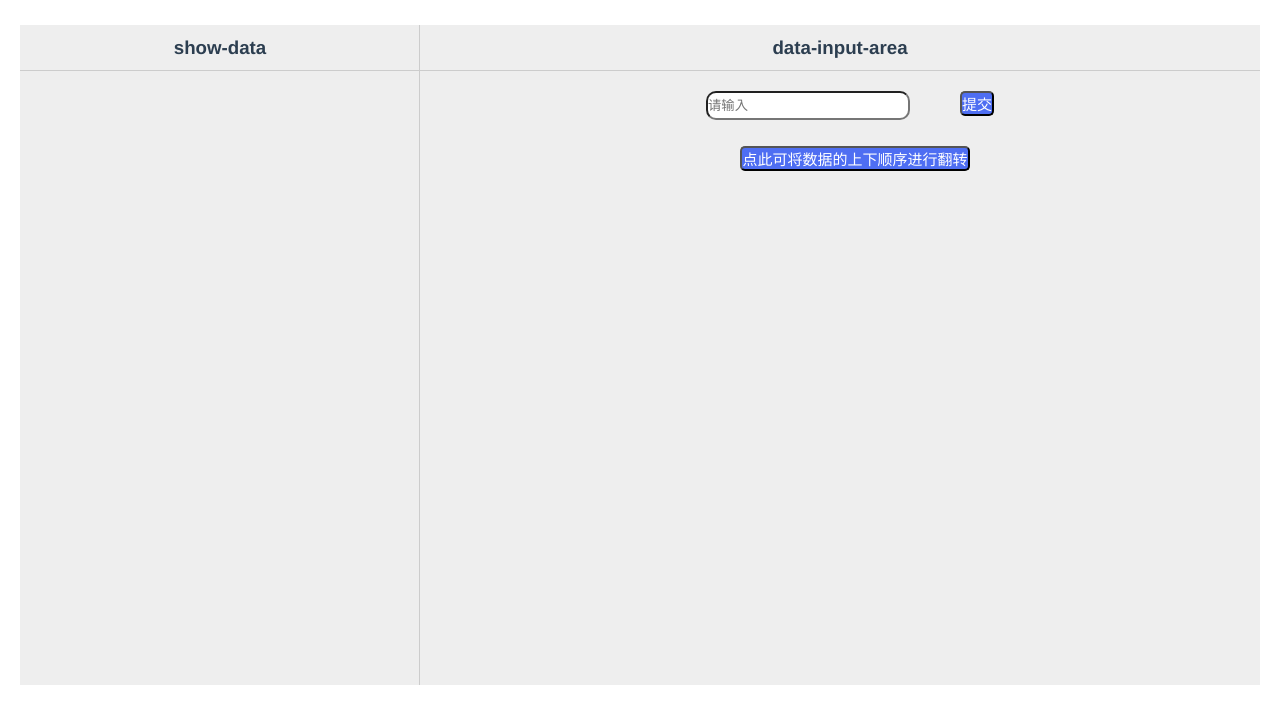
Repository: z-xy-git/demofirst
Page: /home/reverseShowData
These files come from the project's save history. The page is drawn as it stood at one moment and after the next save; the edit follows.
The browser window is 1280 px wide. The pictures show the whole page.
The project was rebuilt for these pictures with package versions that can differ from the ones it lists, and the page was loaded fresh each time.

Above is the page before, as saved 2021-03-01 15:15:32.

### src/App.vue
<template>
  <div id="app">
    <router-view/>
  </div>
</template>

<style>
#app {
  font-family: Avenir, Helvetica, Arial, sans-serif;
  -webkit-font-smoothing: antialiased;
  -moz-osx-font-smoothing: grayscale;
  text-align: center;
  color: #2c3e50;
}
body{
  background-color: #fff;
}
#nav {
  padding: 30px;
}

#nav a {
  font-weight: bold;
  color: #2c3e50;
}

#nav a.router-link-exact-active {
  color: #42b983;
}
</style>

### src/router/index.js
import Vue from 'vue'
import VueRouter from 'vue-router'
import Home from '../views/Home.vue'
import ShowData from '../views/ShowData.vue'
import ReverseShowData from '../views/ReverseShowData.vue'

Vue.use(VueRouter)

const originalPush = VueRouter.prototype.push;
VueRouter.prototype.push = function push(location) {
    return originalPush.call(this, location).catch(err => err)
}

const routes = [
  {
    path: '',
    redirect: '/home'
  },
  {
    path: '/home',
    name: 'Home',
    component: Home,
    children:[
      {
        path: 'showData',
        component: ShowData
      },
      {
        path: 'reverseShowData',
        component: ReverseShowData
      }
    ]
  },
  // {
    // path: '/showData',
    // name: 'ShowData',
    // route level code-splitting
    // this generates a separate chunk (about.[hash].js) for this route
    // which is lazy-loaded when the route is visited.
    // component: () => import(/* webpackChunkName: "about" */ '../views/ShowData.vue')
  // }
]

const router = new VueRouter({
  mode: 'history',
  base: process.env.BASE_URL,
  routes
})

export default router

### src/store/index.js
import Vue from 'vue'
import Vuex from 'vuex'
import getters from './getters'
import mutations from './mutation'

Vue.use(Vuex)

export default new Vuex.Store({
  state: {
    dataArr: []
  },
  getters,
  mutations,
  actions: {
  },
  modules: {
  }
})

### src/views/Home.vue
<template>
  <div class="home">
    <div class="left">
      <div class="left-top"><h3>show-data</h3></div>
    </div>
    <router-view/>
    <div class="right">
      <div class="right-title"><h3>data-input-area</h3></div>
      <div class="right-input">
        <input type="text" v-model="inputData"
          placeholder="请输入"
          class="input-style"
          onmouseover="this.select()">
        <button @click="btnclick" class="btn-style">提交</button>
      </div>
      <div class="right-reverse-btn">
        <button @click="reverseItemData" class="btn-style">点此可将数据的上下顺序进行翻转</button>
      </div>
    </div>
  </div>
</template>

<script>
// @ is an alias to /src

export default {
  name: 'Home',
  components: {
  },
  data(){
    return{
      inputData: '',
      isgoReverse: true
    }
  },
  methods:{
    btnclick() {
      this.$store.commit('addData',this.inputData);
      this.$router.push('/home/showData');
    },
    reverseItemData(){
      if(this.isgoReverse){
        this.$router.push('/home/reverseShowData');
        this.isgoReverse = false;
      }
      else{
        this.$router.push('/home/showData');
        this.isgoReverse = true;
      }
    }
  }
}
</script>
<style>
  *{
    margin: 0;
    padding: 0;
  }
  .home{
    width: 100%;
    height: 100%;
  }
  .left{
    position: absolute;
    left: 20px;
    top: 25px;
    width: 400px;
    height: 660px;
    background-color: #eee;
  }
  .left-top{
    height: 45px;
    line-height: 45px;
    text-align: center;
    border-bottom: 1px solid #ccc;
  }
  .right{
    position: absolute;
    right: 20px;
    top: 25px;
    width: calc(100% - 440px);
    height: 660px;
    border-left: 1px solid #ccc;
    background-color: #eee;
  }
  .right-title{
    height: 45px;
    line-height: 45px;
    text-align: center;
    border-bottom: 1px solid #ccc;
  }
  .input-style{
    margin: 20px;
    outline: none;
    border-radius: 10px;
    width: 200px;
    height: 25px;
  }
  .btn-style{
    margin: 0 0 30px 30px;
    outline: none;
    border-radius: 5px;
    background-color: #4e6ef2;
    font-size: 15px;
    color: #fff;
  }
</style>

### src/views/ShowData.vue
<template>
  <div class="show-data">
    <h4>show-data</h4>
    <p class="p" v-for="(item,index) in this.dataArr" :key="index">{{item}}</p>
  </div>
</template>

<script>
import {mapState} from 'vuex'

export default {
  name:'ShowData',
  computed:{
    ...mapState(['dataArr'])
  }
}
</script>

<style>
.show-data{
    position: absolute;
    left: 20px;
    top: 50px;
    width: 300px;
    height: 600px;
    background-color: #888;
    color: #fff;
  }
</style>

### src/views/ReverseShowData.vue
<template>
  <div class="show-data">
    <ul class="data-ul">
      <li v-for="(item, index) in reverseDataArr" :key="index">{{item}}</li>
    </ul>
  </div>
</template>

<script>
import {mapGetters} from 'vuex'

export default {
  name:'ReverseShowData',
  computed:{
    ...mapGetters(['dataArr']),
    reverseDataArr(){
      let data = JSON.parse(JSON.stringify(this.dataArr))
      return data.reverse();
    }
  }
}
</script>

<style scoped>
.show-data{
  position: absolute;
  left: 20px;
  top: 71px;
  width: 400px;
  height: 614px;
  background-color: #eee;
  color: #333;
  }
.data-ul{
  width: 100%;
  height: 100%;
  }
.data-ul li{
  list-style: none;
  height: 35px;
  line-height: 35px;
  border-bottom: 1px solid #ddd;
}
</style>

### src/store/getters.js
export default {
  dataArr(state){
    return state.dataArr;
  }
}

### src/store/mutation.js
export default {
  addData(state, payload){
    state.dataArr.push(payload);
  }
}

Loaded but not shown: public/index.html (common file); src/main.js (common file)

After the next save:
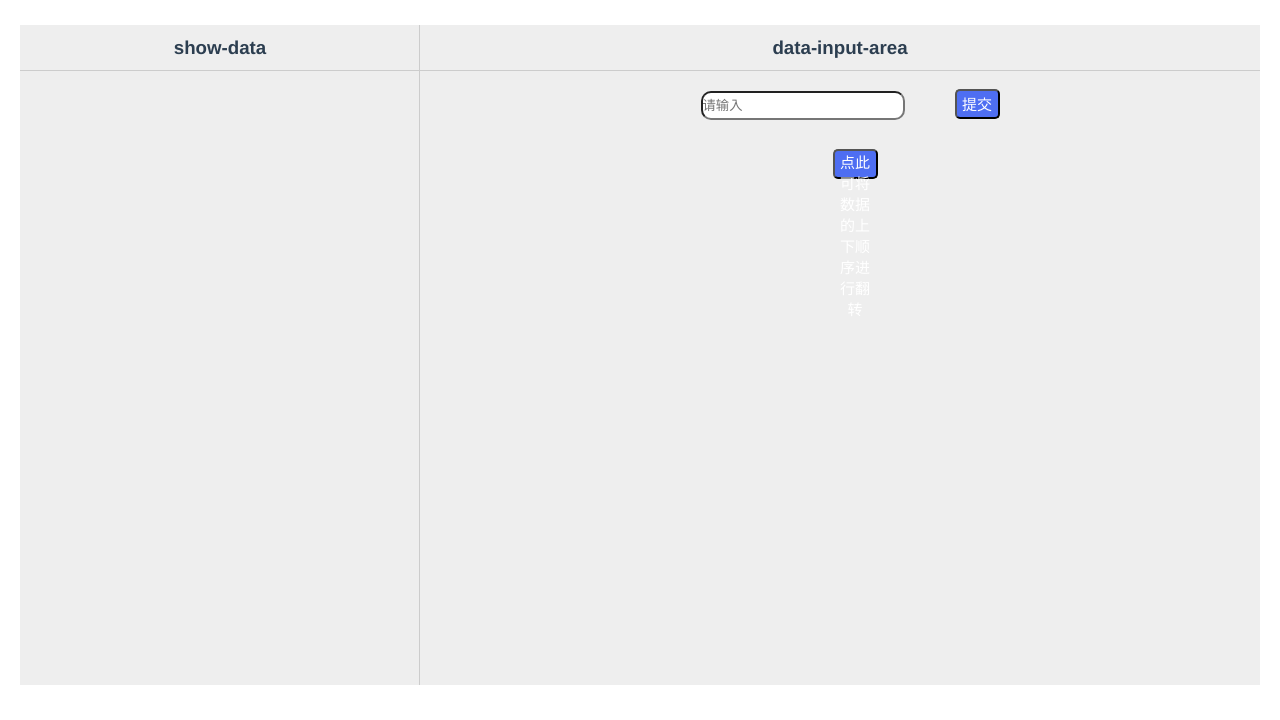
Saved 34 s later.
--- a/src/views/Home.vue
+++ b/src/views/Home.vue
@@ -99,6 +99,8 @@
   .btn-style{
     margin: 0 0 30px 30px;
     outline: none;
+    width: 45px;
+    height: 30px;
     border-radius: 5px;
     background-color: #4e6ef2;
     font-size: 15px;

After the save that followed:
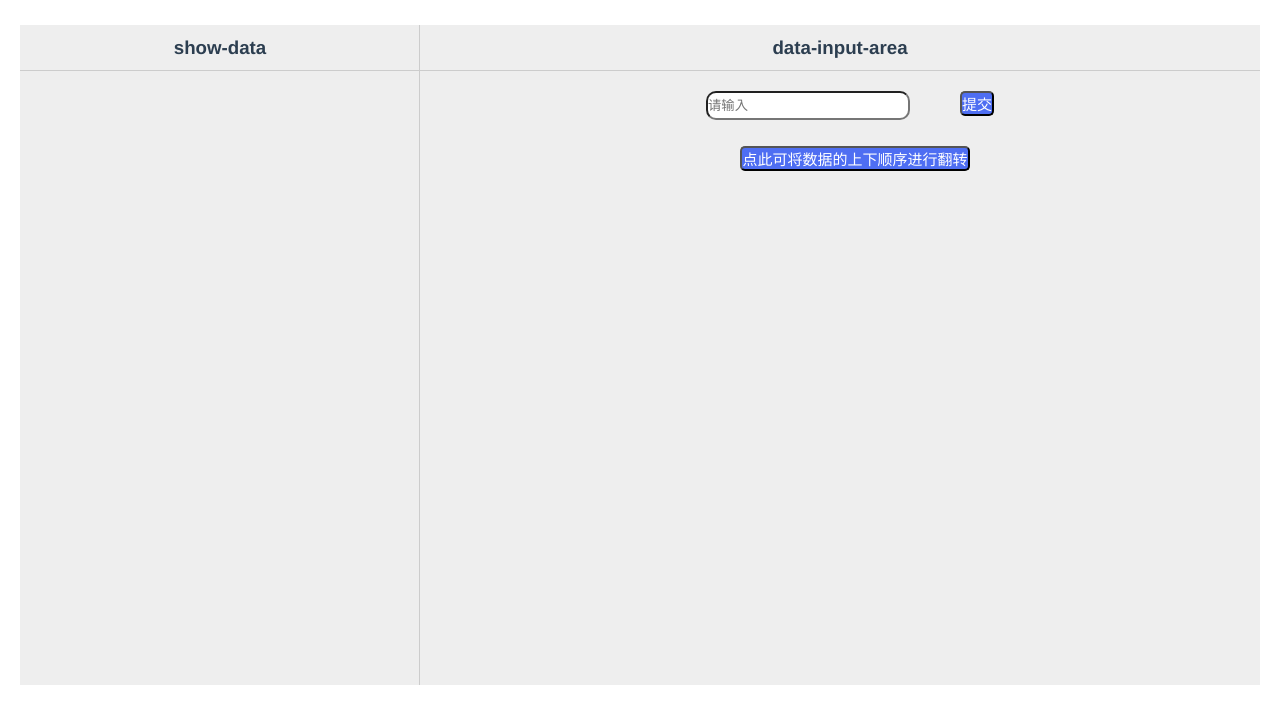
Saved 13 s later.
--- a/src/views/Home.vue
+++ b/src/views/Home.vue
@@ -99,8 +99,6 @@
   .btn-style{
     margin: 0 0 30px 30px;
     outline: none;
-    width: 45px;
-    height: 30px;
     border-radius: 5px;
     background-color: #4e6ef2;
     font-size: 15px;
